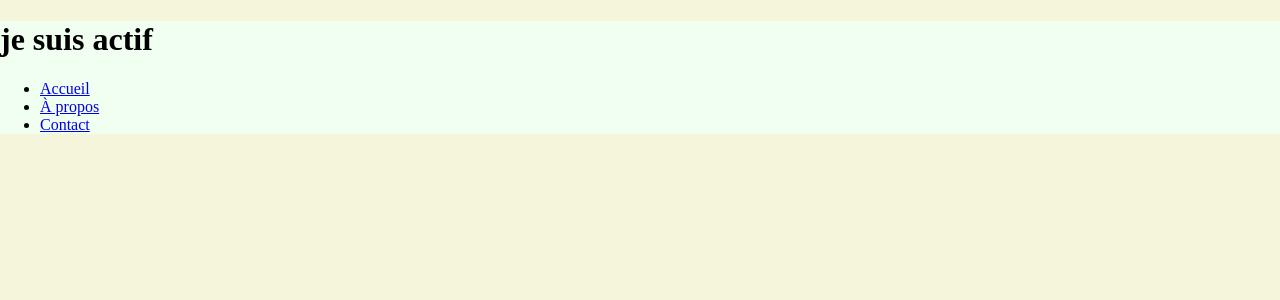
Repository: prestige225/prestige_services_et_finances
Page: PPL.HTML
An editor plug-in stored every save of this project. The page is shown before and after the next save, followed by the edit.
The browser window is 1280 px wide. The pictures show the whole page.

Above is the page before, as saved 2025-06-01 18:18:09.

### PPL.HTML

<!DOCTYPE html>
<html lang="en">
<head>
    <meta charset="UTF-8">
    <meta name="viewport" content="width=device-width, initial-scale=1.0">
    <title>Document</title>
</head>
<style>
    body {
        background-color: beige;
        margin: 0PX;
        padding: 0%;
    }
    header {
        background-color: rgb(240, 255, 240);
    }
</style>
<body>
    <header>
        <h1>
            je suis actif
        </h1>
        <nav>
            <ul>
                <li><a href="index.html">Accueil</a></li>
                <li><a href="about.html">À propos</a></li>
                <li><a href="contact.html">Contact</a></li>

                </li>
            </ul>

        </nav>
    </header>
</body>
</html>

After the next save:
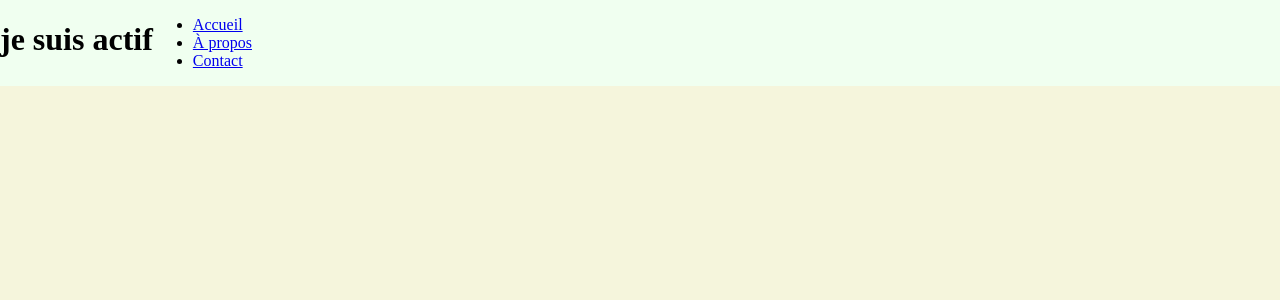
Saved 57 s later.
--- a/PPL.HTML
+++ b/PPL.HTML
@@ -14,6 +14,9 @@
     }
     header {
         background-color: rgb(240, 255, 240);
+        padding: 0%;
+        margin: 0%;
+        display: flex;
     }
 </style>
 <body>
